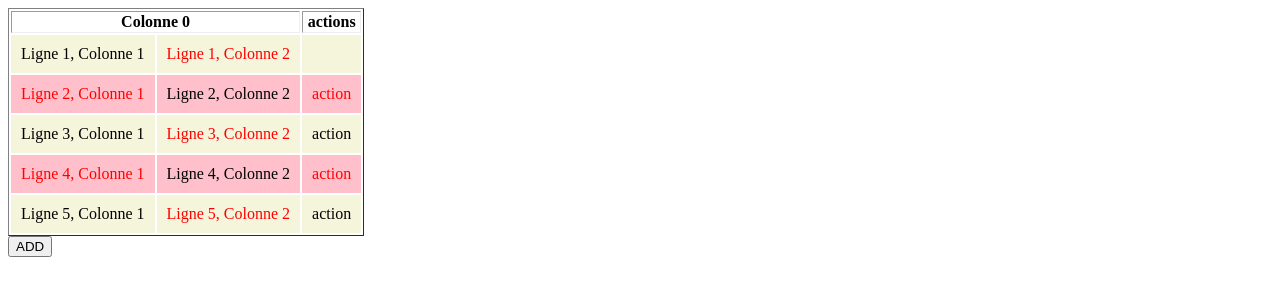
Repository: Chaimaa482/web-tp4
Page: ex1.html
The author's editor kept a copy of each file at every save. The page is drawn from the files as they stood at one save, then again after a run of saves.
The browser window is 1280 px wide. The pictures show the whole page.

Above is the page before, as saved 2023-10-29 15:07:44.

### ex1.html
<!DOCTYPE html>
<html>
<style>
</style>
<body>
    <table border="1">
        <tr>
            <th>Colonne 0</th>
            <th>Colonne 0</th>
            <th>actions</th>
        </tr>
        <tr>
            <td>Ligne 1, Colonne 1</td>
            <td>Ligne 1, Colonne 2</td>
            <td></td>
        </tr>
        <tr>
            <td>Ligne 2, Colonne 1</td>
            <td>Ligne 2, Colonne 2</td>
            <td>action</td>
        </tr>
        <tr>
            <td>Ligne 3, Colonne 1</td>
            <td>Ligne 3, Colonne 2</td>
            <td>action</td>
        </tr>
        <tr>
            <td>Ligne 4, Colonne 1</td>
            <td>Ligne 4, Colonne 2</td>
            <td>action</td>
        </tr>
        <tr>
            <td>Ligne 5, Colonne 1</td>
            <td>Ligne 5, Colonne 2</td>
            <td>action</td>
        </tr>


    </table>
    <button>ADD</button>

    <script>
        var table = document.getElementsByTagName('table');
        var cells = document.getElementsByTagName("td");
        // Donner une couleur de fond rose aux lignes paires et beige aux lignes impaires
        var rows = document.querySelectorAll("tr");
        for (var i = 1; i < rows.length; i++) {
            if (i % 2 === 0) {
                rows[i].style.backgroundColor = "pink";
            } else {
                rows[i].style.backgroundColor = "beige";
            }
        }

        // Donner une classe col1 aux colonnes paires et col2 aux colonnes impaires
        for (var i = 0; i < cells.length; i++) {
            if (i % 2 === 0) {
                cells[i].style.color= 'black';
            } else {
                cells[i].style.color= 'red';
            }
        }
        //fusionner la premiere line
        var row = document.querySelector('table tr:first-child');
        row.cells[0].colSpan=2;
        row.removeChild(row.cells[1]);


        //delete bordure
        rows[0].style.border = "none";
        for (var i = 0; i < cells.length; i++) {
            cells[i].style.border = "none";
            cells[i].style.padding='10px'
        }

        //making the table cells editable on click
        for (var i = 0; i < cells.lengath; i++) {
        cells[i].addEventListener("click", function() {
        var cellText = this.innerText;
        this.innerHTML = "<input type='text' value='" + cellText + "'>";
        var input = this.querySelector("input");
        input.focus();
        input.addEventListener("blur", function() {
            cellText = this.value;
            this.parentNode.innerText = cellText;
        });
         }); }

         //add row
         var addButton = document.querySelector('button');
         addButton.addEventListener('click', function() {
          var newRow = document.createElement('tr');
          newRow.innerHTML = "<td><input type='text' value=''></td><td><input type='text' value=''></td><td></td>";
          document.querySelector('table').appendChild(newRow);
          });

          //delete button





    </script>
</body>
</html>

After the next 2 saves:
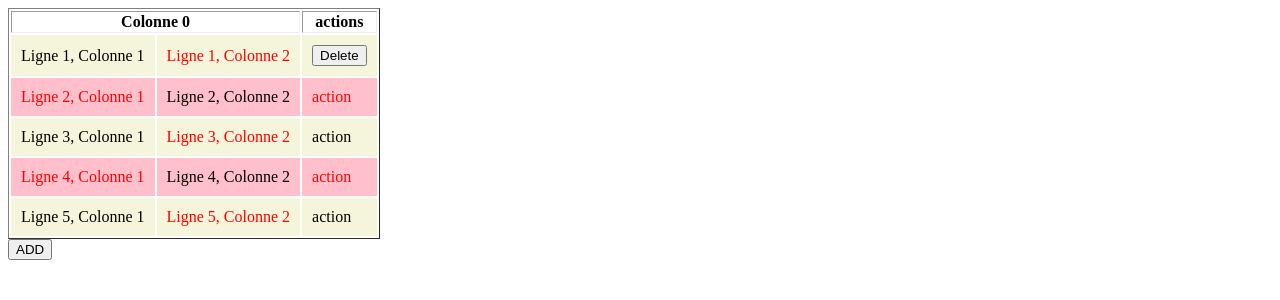
The 2 saves are shown as one change because they came seconds apart.
The last was saved 8 s later.
--- a/ex1.html
+++ b/ex1.html
@@ -12,7 +12,7 @@
         <tr>
             <td>Ligne 1, Colonne 1</td>
             <td>Ligne 1, Colonne 2</td>
-            <td></td>
+            <td><button>Delete</button></td>
         </tr>
         <tr>
             <td>Ligne 2, Colonne 1</td>
